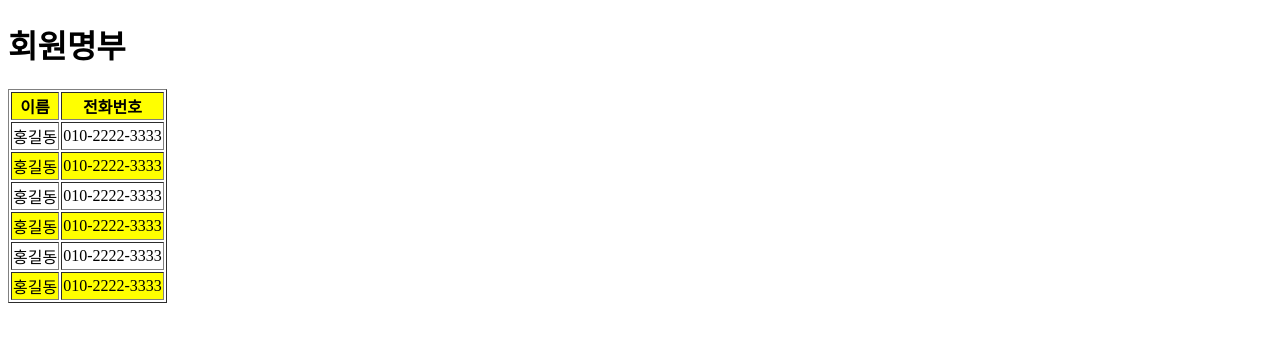
Repository: Jooheehan-kopo/web-workspace
Page: Lecture-web/WebContent/Jquery/exam04.html
These files come from the project's save history. The page is drawn as it stood at one moment and after the next save; the edit follows.
The browser window is 1280 px wide. The pictures show the whole page.

Above is the page before, as saved 2021-06-17 00:45:16.

### Lecture-web/WebContent/Jquery/exam04.html
<!DOCTYPE html>
<html>
<head>
<meta charset="UTF-8">
<title>Insert title here</title>
<script src="js/jquery-3.6.0.min.js"></script>
<script>
	$(document).ready(function() {
		alert("!!!")
//		$('tr').css('background-color','yellow') //배경색 주기
		$('tr:even').css('background-color','yellow')
	})
</script>


</head>
<body>
	<h1>회원명부</h1>
	<table border="1">

		<tr>
			<th>이름</th>
			<th>전화번호</th>
		</tr>
		<tr>
			<td>홍길동</td>
			<td>010-2222-3333</td>
		</tr>
		<tr>
			<td>홍길동</td>
			<td>010-2222-3333</td>
		</tr>
		<tr>
			<td>홍길동</td>
			<td>010-2222-3333</td>
		</tr>
		<tr>
			<td>홍길동</td>
			<td>010-2222-3333</td>
		</tr>
		<tr>
			<td>홍길동</td>
			<td>010-2222-3333</td>
		</tr>
		<tr>
			<td>홍길동</td>
			<td>010-2222-3333</td>
		</tr>

	</table>
</body>
</html>

Loaded but not shown: Lecture-web/WebContent/Jquery/js/jquery-3.6.0.min.js (library)

After the next save:
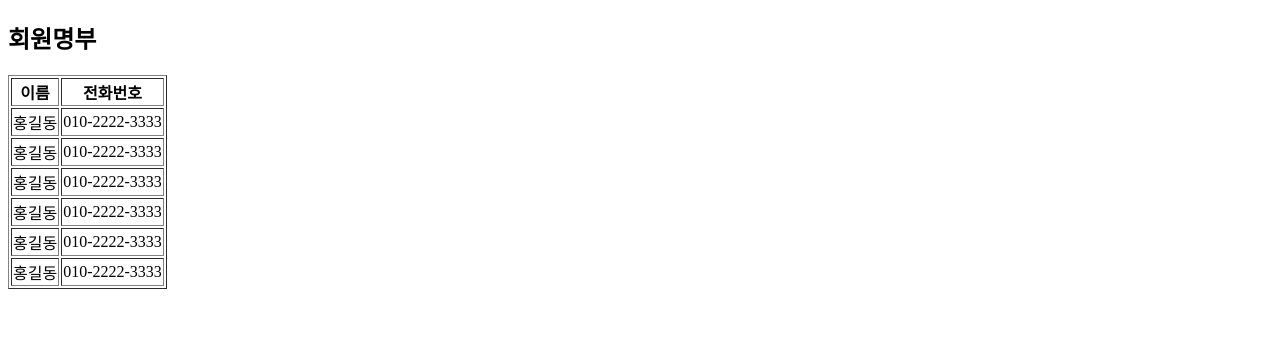
Console error: SyntaxError: missing ) after argument list
Saved 2 min 27 s later.
--- a/Lecture-web/WebContent/Jquery/exam04.html
+++ b/Lecture-web/WebContent/Jquery/exam04.html
@@ -8,14 +8,17 @@
 	$(document).ready(function() {
 		alert("!!!")
 //		$('tr').css('background-color','yellow') //배경색 주기
-		$('tr:even').css('background-color','yellow')
+		$('tr:even').css('background-color','yellow') //짝수만, odd는 홀수만.
+		$('h2').mouseenter(funciton(){
+			$(this).css('background-color','pink')
+		})  //마우스가 안으로 들어갈때.
 	})
 </script>
 
 
 </head>
 <body>
-	<h1>회원명부</h1>
+	<h2>회원명부</h2>
 	<table border="1">
 
 		<tr>

After the 2 saves that followed:
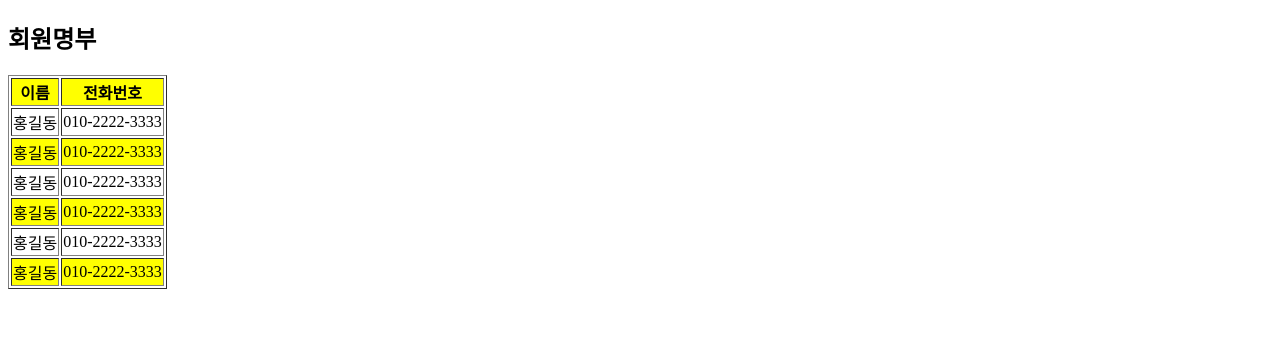
The error is gone.
The 2 saves are shown as one change because 1 left the picture as it was.
The last was saved 102 s later.
--- a/Lecture-web/WebContent/Jquery/exam04.html
+++ b/Lecture-web/WebContent/Jquery/exam04.html
@@ -9,9 +9,13 @@
 		alert("!!!")
 //		$('tr').css('background-color','yellow') //배경색 주기
 		$('tr:even').css('background-color','yellow') //짝수만, odd는 홀수만.
-		$('h2').mouseenter(funciton(){
+		$('h2').mouseenter(function() {
 			$(this).css('background-color','pink')
 		})  //마우스가 안으로 들어갈때.
+
+		$('h2').mouseleave(function(){
+			$(this).css("background-clolr",'white')
+		})
 	})
 </script>
 
